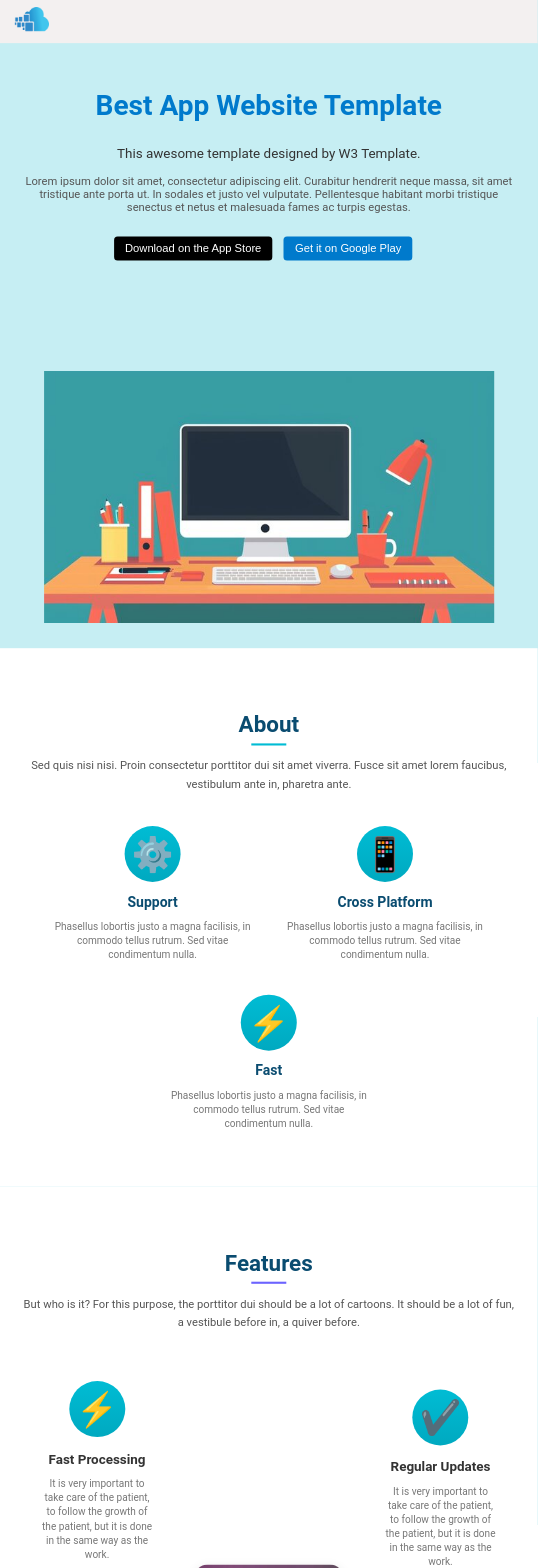
Repository: gautamsonam011/Institute
Page: /
An editor plug-in stored every save of this project. The page is shown before and after the next save, followed by the edit.
The browser window is 768 px wide. The pictures show the part of the page from y = 0 to 2240 px (the page is 4274 px tall before and 3988 px after), at 70% of full size.
The project was rebuilt for these pictures with package versions that can differ from the ones it lists, and the page was loaded fresh each time. Also part of the build but not shown: vite.config.js, src/Header.jsx, src/Sidebar.jsx, src/Home.jsx, src/students/Addstudent.jsx, src/students/allstudent.css, src/students/Allstudents.jsx, src/Fee management/feehead.css and 9 more.

Above is the page before, as saved 2024-11-28 10:32:54.

After the next save:
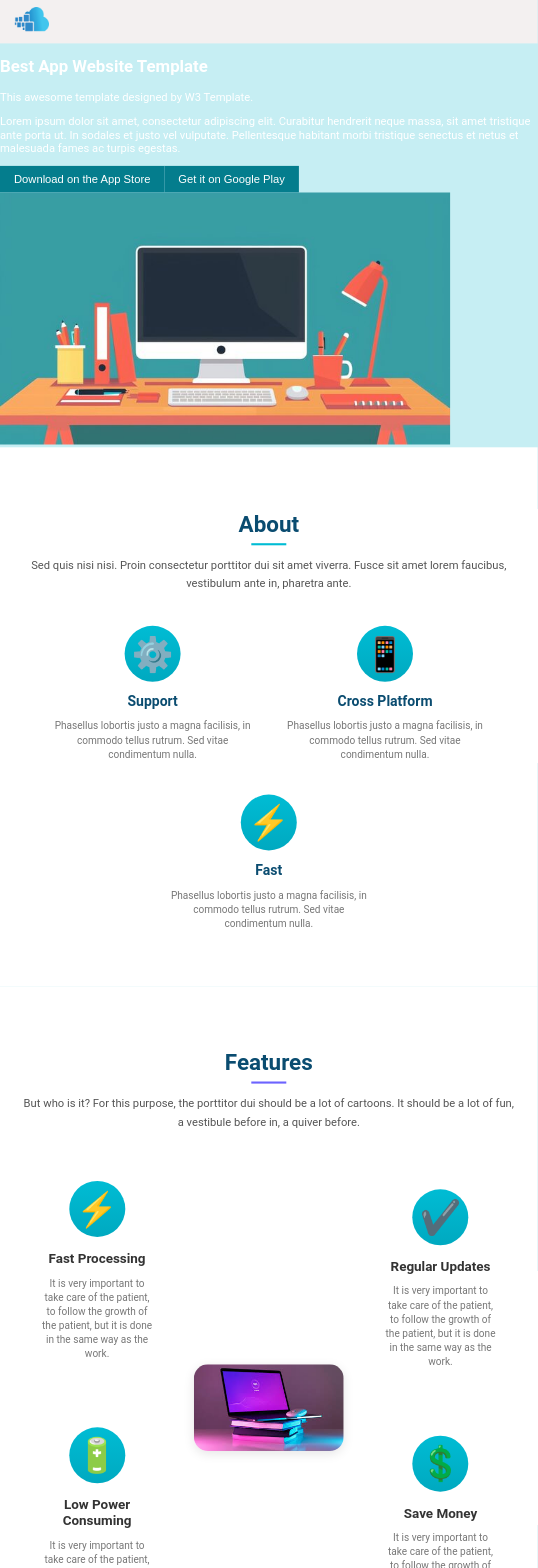
Saved 2 min 17 s later.
--- a/src/components/main.css
+++ b/src/components/main.css
@@ -1,66 +1,79 @@
-.main-containerr {
-    padding: 2rem;
-    background-color: #c6eef3;
-    display: flex;
-    justify-content: space-between;
-    align-items: center;
-    min-height: 100vh;
+.app-section {
+  display: flex;
+  align-items: center;
+  justify-content: space-between;
+  background-color: #e6f7ff;
+  padding: 2rem;
+  flex-wrap: wrap; /* Makes it responsive */
+}
+
+.content {
+  flex: 1;
+  margin-right: 2rem;
+}
+
+.content h1 {
+  font-size: 2.5rem;
+  color: #0074d9;
+  margin-bottom: 1rem;
+}
+
+.content p {
+  font-size: 1rem;
+  color: #555;
+  margin-bottom: 1rem;
+  line-height: 1.6;
+}
+
+.buttons {
+  margin-top: 1.5rem;
+}
+
+.btn {
+  font-size: 1rem;
+  padding: 0.8rem 1.5rem;
+  margin-right: 1rem;
+  border: none;
+  border-radius: 4px;
+  cursor: pointer;
+}
+
+.btn-black {
+  background-color: black;
+  color: white;
+}
+
+.btn-blue {
+  background-color: #0074d9;
+  color: white;
+}
+
+.image {
+  flex: 1;
+  display: flex;
+  justify-content: center;
+  align-items: center;
+}
+
+.image img {
+  max-width: 100%;
+  height: auto;
+  border-radius: 8px;
+}
+
+/* Responsive Design */
+@media (max-width: 768px) {
+  .app-section {
+    flex-direction: column;
+    text-align: center;
   }
 
-  .hero {
-    max-width: 50%;
+  .content {
+    margin: 0;
+    margin-bottom: 2rem;
   }
 
-  .hero h1 {
-    font-size: 2.5rem;
-    color: #007acc;
+  .image {
+    justify-content: center;
   }
-
-  .hero .subtitle {
-    margin-top: 0.5rem;
-    font-size: 1.2rem;
-    color: #333;
-  }
-
-  .hero .description {
-    margin-top: 1rem;
-    font-size: 1rem;
-    color: #555;
-  }
-
-  .download-buttons {
-    margin-top: 2rem;
-  }
-
-  .download-buttons button {
-    margin-right: 1rem;
-    padding: 0.5rem 1rem;
-    font-size: 1rem;
-    border: none;
-    border-radius: 5px;
-    cursor: pointer;
-  }
-
-  .app-store {
-    background-color: black;
-    color: white;
-  }
-
-  .google-play {
-    background-color: #007acc;
-    color: white;
-  }
-
-  .phone-mockup img {
-    max-height: 1000px;
-  }
-  @media (max-width: 768px) {
-    .hero, .phone-mockup {
-      max-width: 100%; /* Stacks the content vertically */
-      text-align: center;
-    }
-
-    .main-containerr {
-      flex-direction: column;
-    }
-  }
+}
